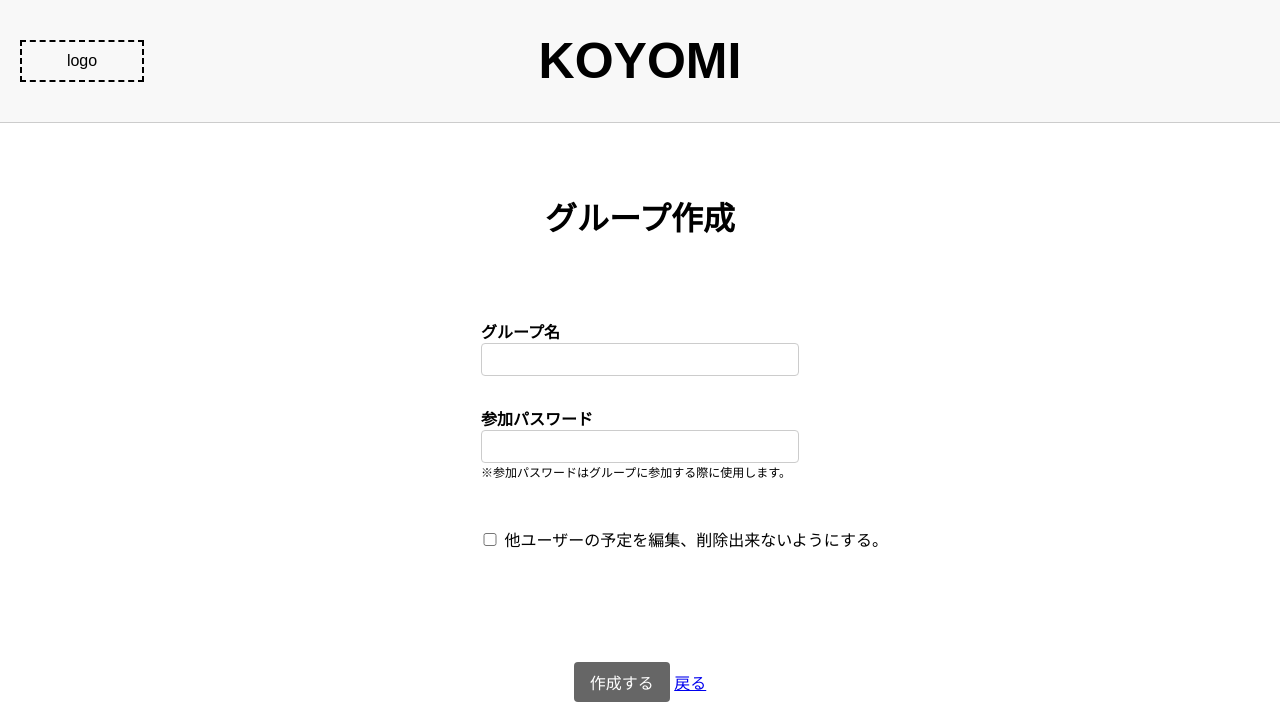
Repository: teramu0602/koyomi
Page: http://localhost/groups
The author's editor kept a copy of each file at every save. The page is drawn from the files as they stood at one save, then again after the next save.
The browser window is 1280 px wide. The pictures show the whole page.
Some web fonts or font styles are not loaded; a fallback is used. The page is served by the project's Laravel application, run on PHP 8.4 with Laravel 9. Other server files are loaded and not shown.

Above is the page before, as saved 2025-05-06 09:54:22.

### routes/web.php
<?php

use Illuminate\Support\Facades\Route;
use App\Http\Controllers\CalendarController;
use App\Http\Controllers\PostController;
use App\Http\Controllers\Auth\LoginController;
use App\Http\Controllers\Auth\RegisterController;
use Illuminate\Support\Facades\Auth;
use App\Http\Controllers\CreateGroupController;
use App\Http\Controllers\JoinController;
use App\Http\Controllers\GroupController;
use App\Http\Controllers\ScheduleController;

/*
|--------------------------------------------------------------------------
| Web Routes
|--------------------------------------------------------------------------
|
| Here is where you can register web routes for your application. These
| routes are loaded by the RouteServiceProvider within a group which
| contains the "web" middleware group. Now create something great!
|
*/

Route::get('/', function () {
    return view('welcome');
});

Route::get('/admin', function () {
    return view('layouts/admin_calender');
});



Route::post('/register', [RegisterController::class, 'register'])->name('register');


//ログイン状態を見て、用意したログインページへいく
Route::post('/custom-login', [LoginController::class, 'login'])->name('custom.login.submit');
Route::get('/custom-login', function () {
    return view('admin/login');
})->name('custom.login');

Route::get('/signup', function () {
    return view('admin/signup');
});

Route::get('/admin/home', function () {
    return view('calender/home');
});

Route::get('/calendar', [CalendarController::class, 'index'])
    ->name('calendar')
    ->middleware('auth');


Route::get('/group_home',function () {
    return view('calender.group_home');
})->name('grouphome');
Route::get('/group_home/{id}', [GroupController::class, 'show'])->name('group.home');
Route::get('/group_home/{id}/{year}/{month}', [GroupController::class, 'show'])->name('admin.group.calendar.show');

Route::get('/admin/home', [CalendarController::class, 'index']);
Route::get('/admin/home/{year}/{month}', [CalendarController::class, 'show' ])->name('admin.calendar.show');


Route::get('/grouplist', [CreateGroupController::class, 'index'])->name('groups.list');
Route::delete('/groups/{group}/leave', [GroupController::class, 'leaveGroup'])->name('groups.leave');

Route::get('/create_group', function () {
    return view('admin/create_group');
});

//カレンダーグループ作成
Route::post('/groups', [CalendarController::class, 'store'])->name('groups.store');
Route::get('/groups', function () {
    return view('admin/create_group');
})->name('groupcreate');

Auth::routes();

//ドロップダウンのログアウトでログインへ行く
Route::post('/logout', function () {
    Auth::logout();
    return redirect()->route('custom.login');
})->name('logout');


//ジョイン画面　試し
Route::post('/join', [JoinController::class, 'store'])->name('join.store');
Route::get('/join', function () {
    return view('admin.join_group');
})->name('groupjoin');

Route::get('/groups/{group}/edit', [GroupController::class, 'edit'])->name('groups.edit');
Route::put('/groups/{group}', [GroupController::class, 'update'])->name('groups.update');
Route::delete('/groups/{group}/users/{user}', [GroupController::class, 'removeUser'])->name('groups.removeUser');



Route::get('/edit', function () {
    return view('admin.edit_group');
})->name('groupedit');

//スケジュール作成画面
Route::get('/create_schedule', function () {
    return view('admin/create_schedule');
})->name('createschedule');
Route::post('/create_schedule/store', [ScheduleController::class, 'store'])->name('schedule.store');
//グループ用のスケジュール作成画面
Route::get('/create_schedule_group/{group_id}', [CalendarController::class, 'groupCalendarAdd'])->name('groupCalendarAdd');

Route::post('/create_schedule/store/group', [ScheduleController::class, 'storeGroup'])->name('group.schedule.store');

//show1 名前変更
Route::get('/event/{id}', [GroupController::class, 'showEvent'])->name('group.details');

// 編集画面の表示（フォームを出す）
Route::get('/event/{id}/edit', [ScheduleController::class, 's_edit'])->name('group.edit');

// 編集内容を保存する（フォーム送信先）
Route::put('/event/{id}', [ScheduleController::class, 's_update'])->name('group.update');


Route::delete('/event/{id}', [ScheduleController::class, 'destroy'])->name('group.destroy');

### resources/views/admin/create_group.blade.php
@extends('layouts.admin_calender')
@section('title', 'グループ作成')

@section('content')

    <h1 class="h1">グループ作成</h1>
    <div class="joinctn">
    <form class="form" action="{{ route('groups.store') }}" method="POST">
        @csrf
        <div>
            <label for="group_name">グループ名</label>
            </br>
            <input type="text" id="group_name" name="group_name" required>
        </div>

        <div>
            <label for="join_id">参加パスワード</label>
            </br>
            <input type="number" id="join_id" name="join_id" required>
            </br>
            <p class="p_c">※参加パスワードはグループに参加する際に使用します。</p>
        </div>
        <div class="w400">
            <p>
                <input class = "check_box" type="checkbox" id="edit_flg" name="edit_flg" value="1">
                <label class="label_n" for="edit_flg">他ユーザーの予定を編集、削除出来ないようにする。</label>
            </p>
        </div>
        </div>
        <button type="submit">作成する</button>
    </form>
    <a href="{{ url()->previous() }}">戻る</a>
        @error('group_name')
            <p style="color: red;">{{ $message }}</p>
        @enderror
        @error('join_id')
            <p style="color: red;">{{ $message }}</p>
        @enderror
@endsection

### resources/views/layouts/admin_calender.blade.php
<!DOCTYPE html>
<html lang="{{ app()->getLocale() }}">

<head>
    <meta charset="utf-8">
    <meta http-equiv="X-UA-Compatible" content="IE=edge">
    <meta name="viewport" content="width=device-width, initial-scale=1">
    <meta name="csrf-token" content="{{ csrf_token() }}">

    <title>@yield('title')</title>

    <script src="{{ asset('js/app.js') }}" defer></script>

    <link rel="dns-prefetch" href="https://fonts.gstatic.com">
    <link href="https://fonts.googleapis.com/css?family=Raleway:300,400,600" rel="stylesheet" type="text/css">

    <link href="{{ asset('css/admin.css') }}" rel="stylesheet">

    @yield('css')


    <!-- ドロップダウンのｃｓｓ-->
<!-- <link href="https://cdnjs.cloudflare.com/ajax/libs/bootstrap/5.3.0/css/bootstrap.min.css" rel="stylesheet">  -->




</head>

<body>
    <header>
        <a class="logo" href="{{ route('calendar') }}">logo</a>
        <h1 class="service-name">KOYOMI</h1>
        @guest

        @else
        <li class="nav-item dropdown">
            <a id="navbarDropdown" class="nav-link dropdown-toggle" href="#" role="button" data-bs-toggle="dropdown" aria-haspopup="true" aria-expanded="false" v-pre>
                {{ Auth::user()->name }}
            </a>

            <div class="dropdown-menu dropdown-menu-end" aria-labelledby="navbarDropdown">
                <a class="dropdown-item" href="{{ route('logout') }}"
                    onclick="event.preventDefault();
                                                     document.getElementById('logout-form').submit();">
                    {{ __('ログアウト') }}
                </a>

                <form id="logout-form" action="{{ route('logout') }}" method="POST" class="d-none">
                    @csrf
                </form>
            </div>

        </li>
        @endguest

    </header>

    <main>
        @yield('content')
    </main>

    <footer>
        @yield('footer')
    </footer>

</body>

</html>

Loaded but not shown: app/Http/Controllers/Auth/ConfirmPasswordController.php (common file); app/Http/Controllers/Controller.php (common file); public/css/admin.css (497 lines, source omitted)

After the next save:
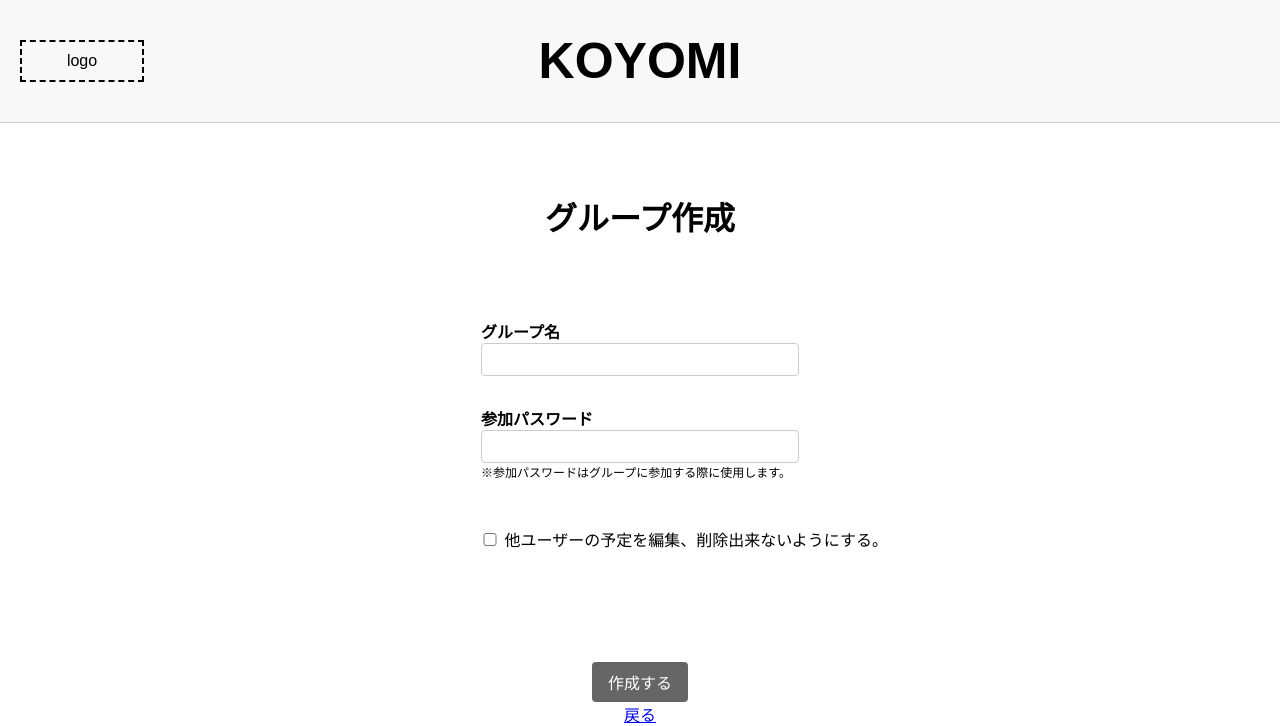
Saved 45 s later.
--- a/resources/views/admin/create_group.blade.php
+++ b/resources/views/admin/create_group.blade.php
@@ -29,7 +29,9 @@
         </div>
         <button type="submit">作成する</button>
     </form>
-    <a href="{{ url()->previous() }}">戻る</a>
+        <div>
+            <a href="{{ url()->previous() }}">戻る</a>
+        </div>
         @error('group_name')
             <p style="color: red;">{{ $message }}</p>
         @enderror
